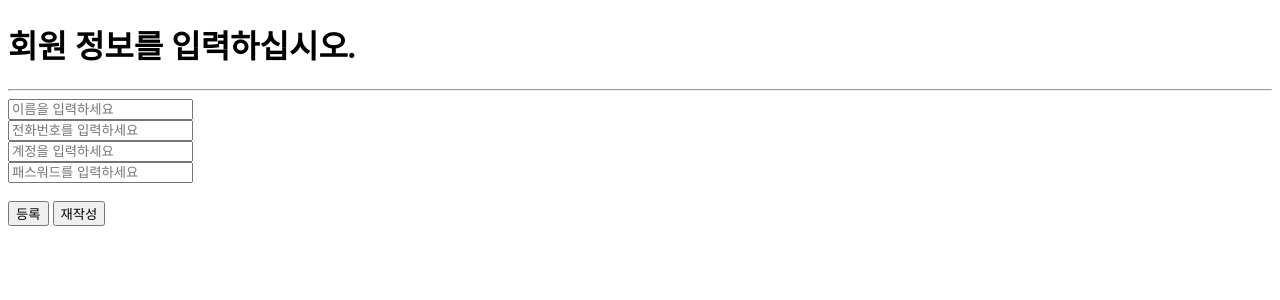
Repository: jhsnex123/web_study
Page: edu/src/main/webapp/cssexam/csslab2.html
An editor plug-in stored every save of this project. The page is shown before and after the next save, followed by the edit.
The browser window is 1280 px wide. The pictures show the whole page.

Above is the page before, as saved 2024-09-19 02:19:41.

After the next save:
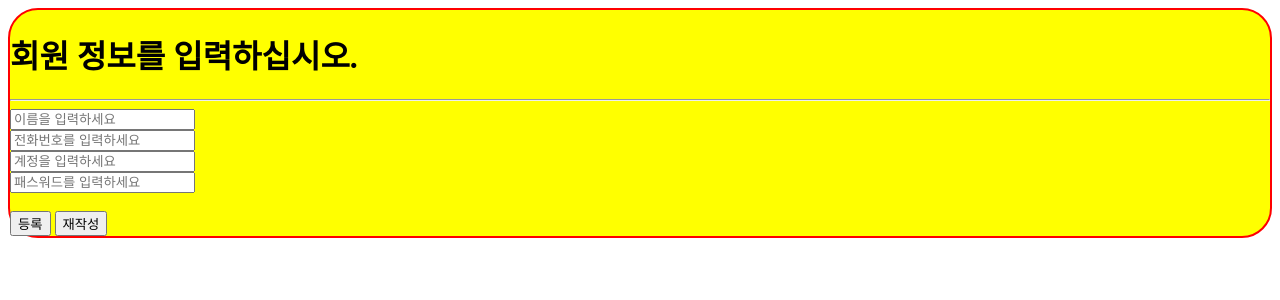
Saved 2 min 0 s later.
--- a/edu/src/main/webapp/cssexam/csslab2.html
+++ b/edu/src/main/webapp/cssexam/csslab2.html
@@ -4,11 +4,11 @@
 <meta charset="UTF-8">
 <title>Insert title here</title>
 <style>
-div {
-
-	border-radius: 30px;
-
-}
+div:nth-of-type(1) {
+		background-color : yellow;
+		border : 2px solid red;
+		border-radius : 30px;
+	}
 </style>
 </head>
 <body>
